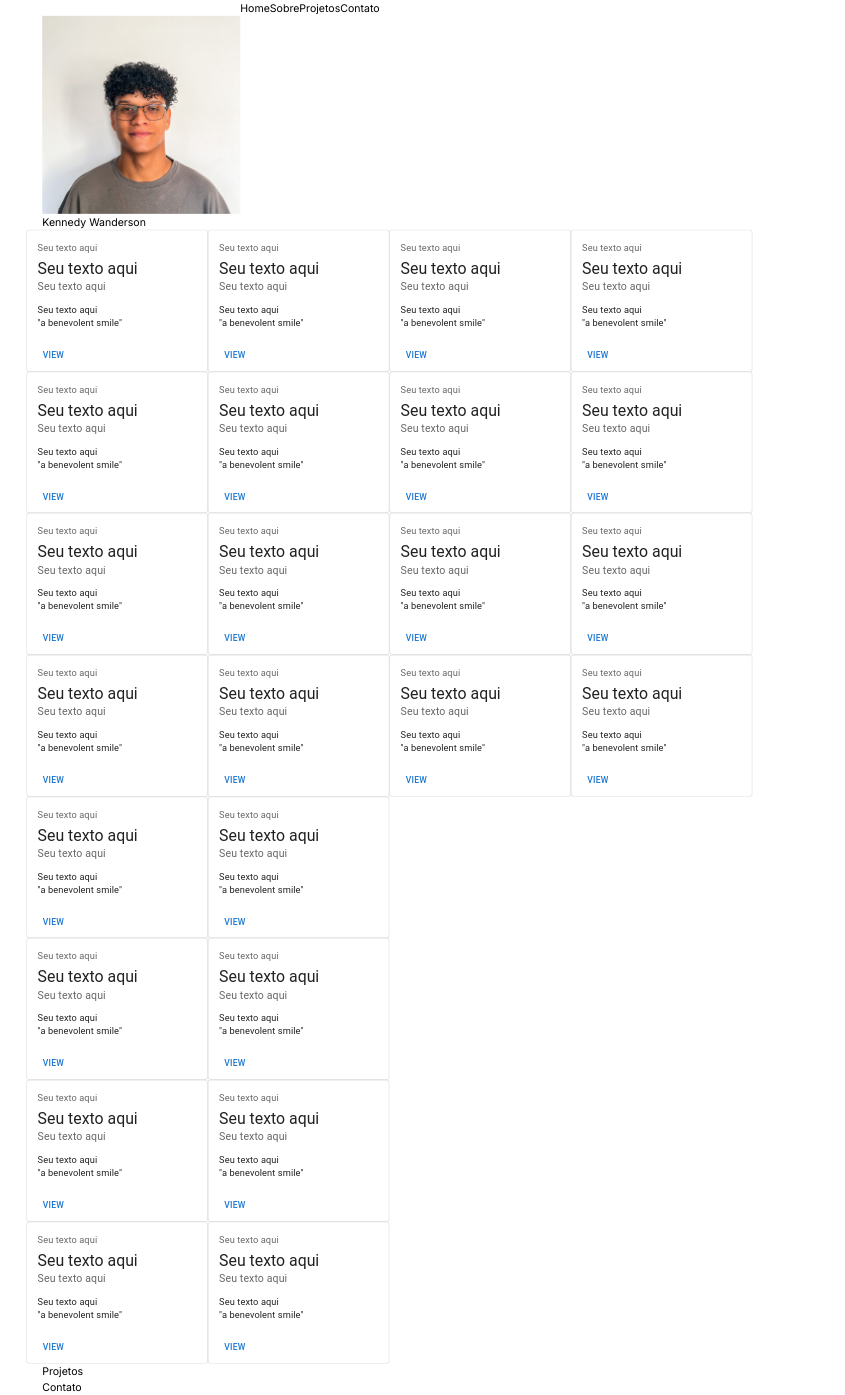
Repository: KennedyWanderson/landing
Page: /
An editor plug-in stored every save of this project. The page is shown before and after the next save, followed by the edit.
The browser window is 1280 px wide. The pictures show the whole page, at 66% of full size.
The project was rebuilt for these pictures with package versions that can differ from the ones it lists, and the page was loaded fresh each time. The framework's server and built-in components were replaced by stand-ins that run in the browser. Also part of the build but not shown: next.config.js.

Above is the page before, as saved 2024-01-04 10:53:28.

After the next save:
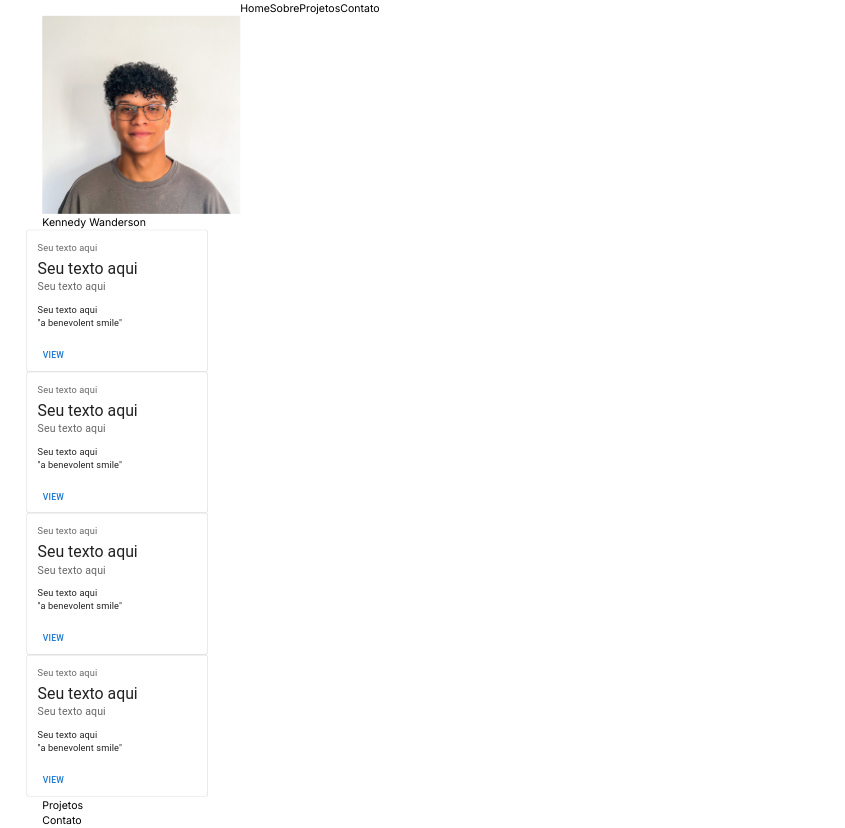
Saved 5 s later.
--- a/src/Components/About.tsx
+++ b/src/Components/About.tsx
@@ -23,7 +23,7 @@ if (typeof window !== 'undefined') {
 export default function ResponsiveGrid() {
     return (
             <Grid container spacing={{ xs: 2, md: 3 }} columns={{ xs: 4, sm: 8, md: 12 }}>
-                {Array.from(Array(6)).map((_, index) => (
+                {Array.from(Array(1)).map((_, index) => (
                     <Grid key={index}>
                             <div className="flex flex-col items-center p-5 shadow-md rounded-xl bg-gray-100">
                                 <div className="flex items-center justify-center ">
